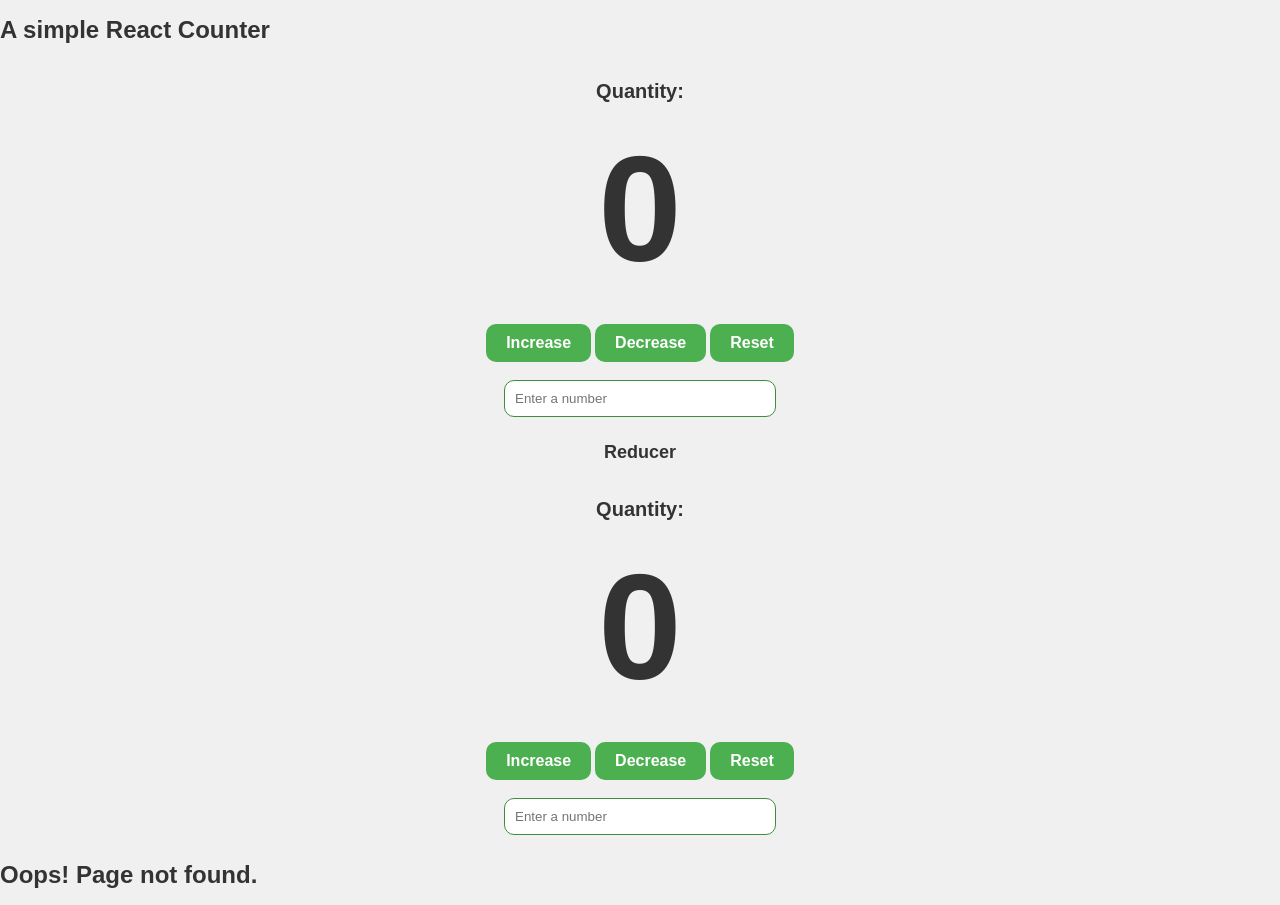
Repository: qudos4real/altschool-second-sem
Page: /
The author's editor kept a copy of each file at every save. The page is drawn from the files as they stood at one save, then again after the next save.
The browser window is 1280 px wide. The pictures show the whole page.
The project was rebuilt for these pictures with package versions that can differ from the ones it lists, and the page was loaded fresh each time. Also part of the build but not shown: src/App.css, src/Components/ErrorBoundary.js.

Above is the page before, as saved 2022-11-04 15:24:01.

### src/App.js
import React from 'react';
import Counter from './Components/Counter';
import './App.css';
import Reducer from './Components/Reducer';
import Home from './Components/Home';
import NotFound from './Components/NotFound';
import ErrorBoundary from './Components/ErrorBoundary';
import { BrowserRouter as Router, Route, Routes, Link } from 'react-router-dom';



function App() {
  return (
    <>
    <Home />
    <Counter />
    <Reducer />
    <NotFound />
    <ErrorBoundary />

    </>

    // <Router>
    //   <ErrorBoundary >
    //   <nav>
    //     <Link to="/">Home</Link>
    //     <Link to="counter">Counter</Link>
    //     <Link to="reducer">Reducer</Link>
    //     <Link to="ErrorBoundary">ErrorBoundary</Link>
    //     </nav>
    //   <Routes>
    //     <Route path="/" element={<Home />} />
    //     <Route path="/counter" element={<Counter />} />
    //     <Route path="/reducer" element={<Reducer />} />
    //     <Route path="ErrorBoundary" element={<ErrorBoundary />} />
    //     <Route path="*" element={<NotFound />} />
    //   </Routes>
    //   </ErrorBoundary>
    // </Router>
  )
}

export default App

### src/Components/Counter.js
import React from "react";
import { useCounter } from "../hooks/useCounter";
import "../CSS/Counter.css";

function Counter() {
  const quantity = useCounter(0);
  return (
    <div className="container">
      <h3 className="label ">Quantity: </h3>
      <h3 className="value ">{quantity.count} </h3>
      <br />
      <div>
        <button className="btn " onClick={quantity.increment}>
          Increase
        </button>
        <button className="btn " onClick={quantity.decrement}>
          Decrease
        </button>
        <button className="btn " onClick={quantity.reset}>
          Reset
        </button>
      </div>
      <br />
      <input placeholder="Enter a number" className="input "
        type="number"
        onChange={(e) => quantity.setValue(e.target.value)}
      />
    </div>
  );
}

export default Counter;

### src/Components/Reducer.js
import React from "react";
import { useReducer } from "react";
import { reducer } from "../hooks/reducer.1";
import "../CSS/Counter.css"

function Reducer() {
  const [state, dispatch] = useReducer(reducer, { count: 0 });
  return (
    <div className="container">
      <h2>Reducer</h2>

      <h3 className="label "> Quantity: </h3>
      <h3 className="value ">{state.count}</h3>
      <br />
      <div>
      <button className="btn " onClick={() => dispatch({ type: "increment" })}>Increase</button>
      <button className="btn " onClick={() => dispatch({ type: "decrement" })}>Decrease</button>
      <button className="btn " onClick={() => dispatch({ type: "reset" })}>Reset</button>
      </div>
      <br />
      <input
        type="number" placeholder="Enter a number" className="input "
        onMouseLeave={(e) => dispatch({ type: "setValue", value: e.target.value })}
      />
    </div>
  );
}

export default Reducer;

### src/Components/Home.js
import React from "react";
import { Outlet } from "react-router-dom";

function Home() {
  return (
    <div>
      <h1>A simple React Counter</h1>
        <Outlet />

    </div>
  );
}

export default Home;

### src/Components/NotFound.js
import React from 'react'

const NotFound = () => {
    return (
        <div>
            <h1>
            Oops! Page not found.
            </h1>
        </div>
    )
}

export default NotFound

### src/hooks/useCounter.js
import { useState } from "react";

export const useCounter = (initialValue) => {
    const [count, setCount] = useState(initialValue);
    const increment = () => {
        setCount(count + 1);
    };
    const decrement = () => {
        count > 0 && setCount(count - 1);
    };
    const reset = () => {
        setCount(initialValue);
    };
    const setValue = (value) => {
        setCount(value);
    };
    return { count, increment, decrement, reset, setValue };
};

### src/CSS/Counter.css
body {
    background-color: #f0f0f0;
    font-family: Arial, Helvetica, sans-serif;
    font-size: 12px;
    color: #333;
    margin: 0;
    padding: 0;
    box-sizing: border-box;
}
.container{
    width: 50%;
    max-width: 500px;
    margin: 0 auto;
    padding: 0 20px;
    display: flex;
    justify-content: center;
    align-items: center;
    flex-direction: column;

}
.btn {
    background-color: #4CAF50;
    border: none;
    color: white;
    padding: 10px 20px;
    text-align: center;
    text-decoration: none;
    display: inline-block;
    font-size: 16px;
    margin: 4px 2px;
    cursor: pointer;
    border-radius: 10px;
    font-weight: bold;
}
.btn:hover {
    background-color: #3e8e41;
}
.input{
    width: 50%;
    max-width: 500px;
    padding: 10px;
    border: 1px solid #3e8e41;
    border-radius: 10px;
    margin-bottom: 10px;
}
.label{
    font-size: 20px;
    font-weight: bold;
    margin-bottom: 10px;

}
.value{
    font-size: 150px;
    font-weight: bold;
    margin-bottom: 10px;
    margin-top: 10px;

    }
    .smaller-container{
       border: 1px solid #3e8e41;
    }

### src/hooks/reducer.1.js
export function reducer(state, action) {
    switch (action.type) {
        case "increment":
            return { count: state.count + 1 };
        case "decrement":
            return { count: state.count - 1 };
        case "reset":
            return { count: 0 };
        case "setValue":
            return { count: action.value };
        default:
            return state;
    }
}

Loaded but not shown: public/index.html (common file); src/index.js (common file); src/index.css (common file); src/reportWebVitals.js (common file)

After the next save:
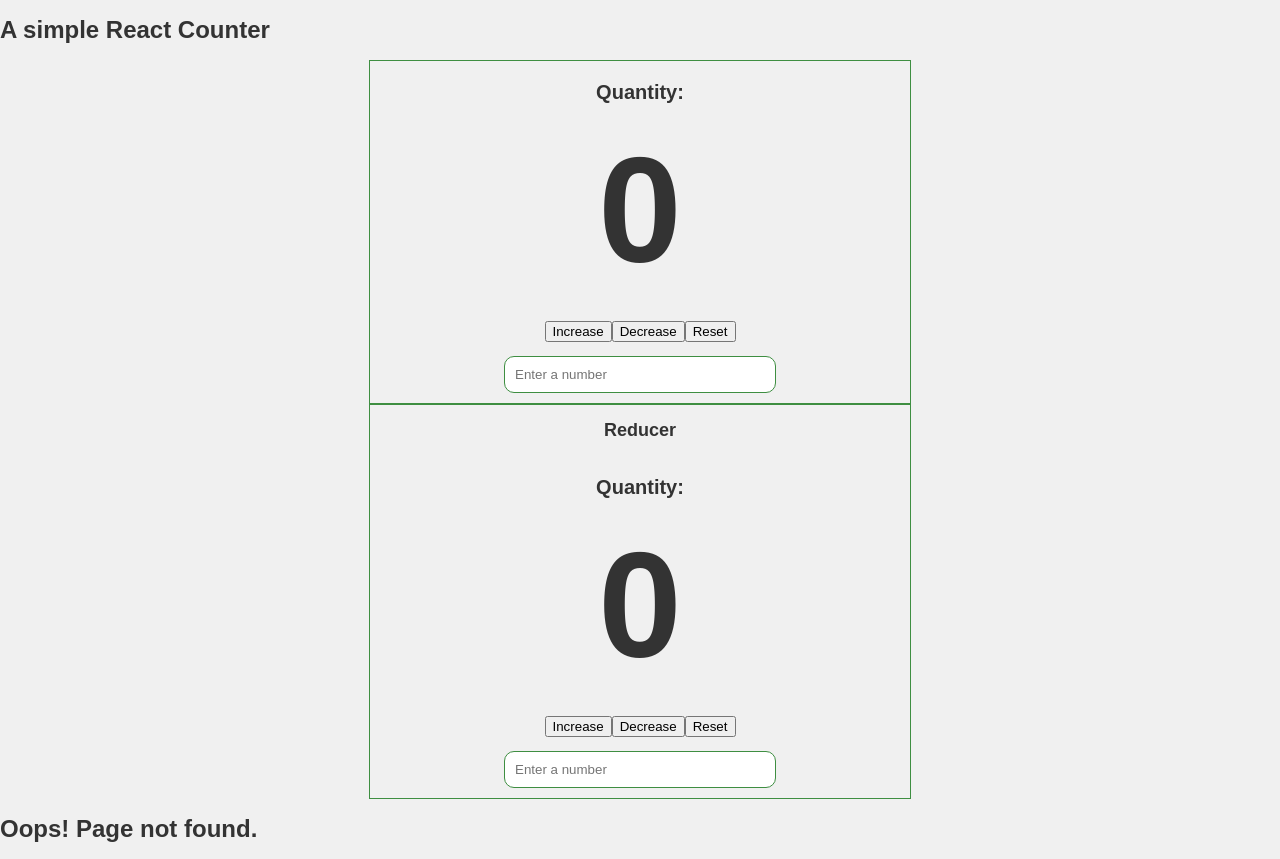
Saved 16 s later.
--- a/src/CSS/Counter.css
+++ b/src/CSS/Counter.css
@@ -16,6 +16,8 @@ body {
     justify-content: center;
     align-items: center;
     flex-direction: column;
+    border: 1px solid #3e8e41;
+    }
 
 }
 .btn {
@@ -57,5 +59,3 @@ body {
 
     }
     .smaller-container{
-       border: 1px solid #3e8e41;
-    }
